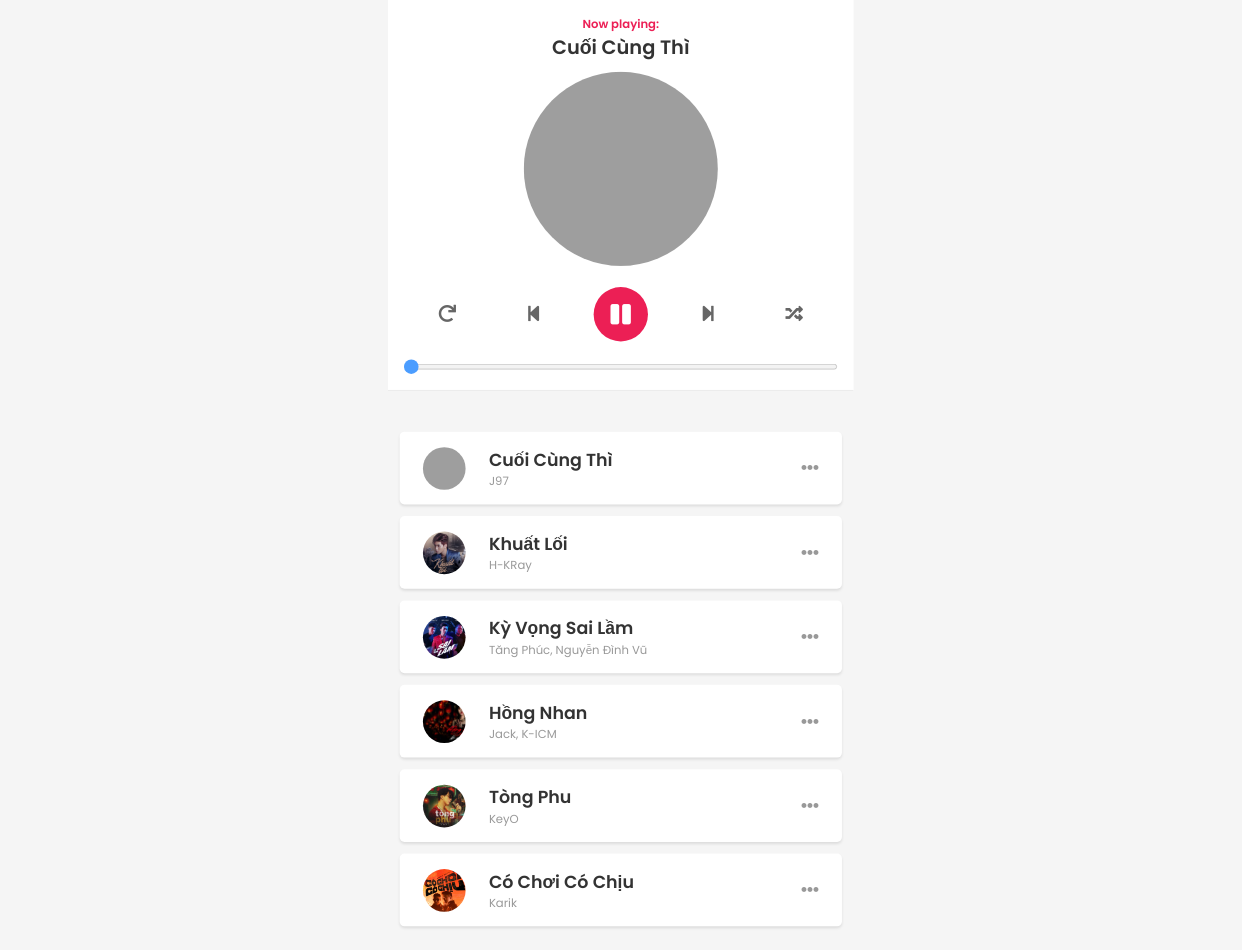
Repository: hoaphan14th/MusicPlayer
Page: index.html
The author's editor kept a copy of each file at every save. The page is drawn from the files as they stood at one save, then again after a run of saves.
The browser window is 1280 px wide. The pictures show the whole page, at 97% of full size.
Pictures or frames that could not be fetched are drawn as grey boxes.

Above is the page before, as saved 2023-03-17 12:25:38.

After the next 2 saves:
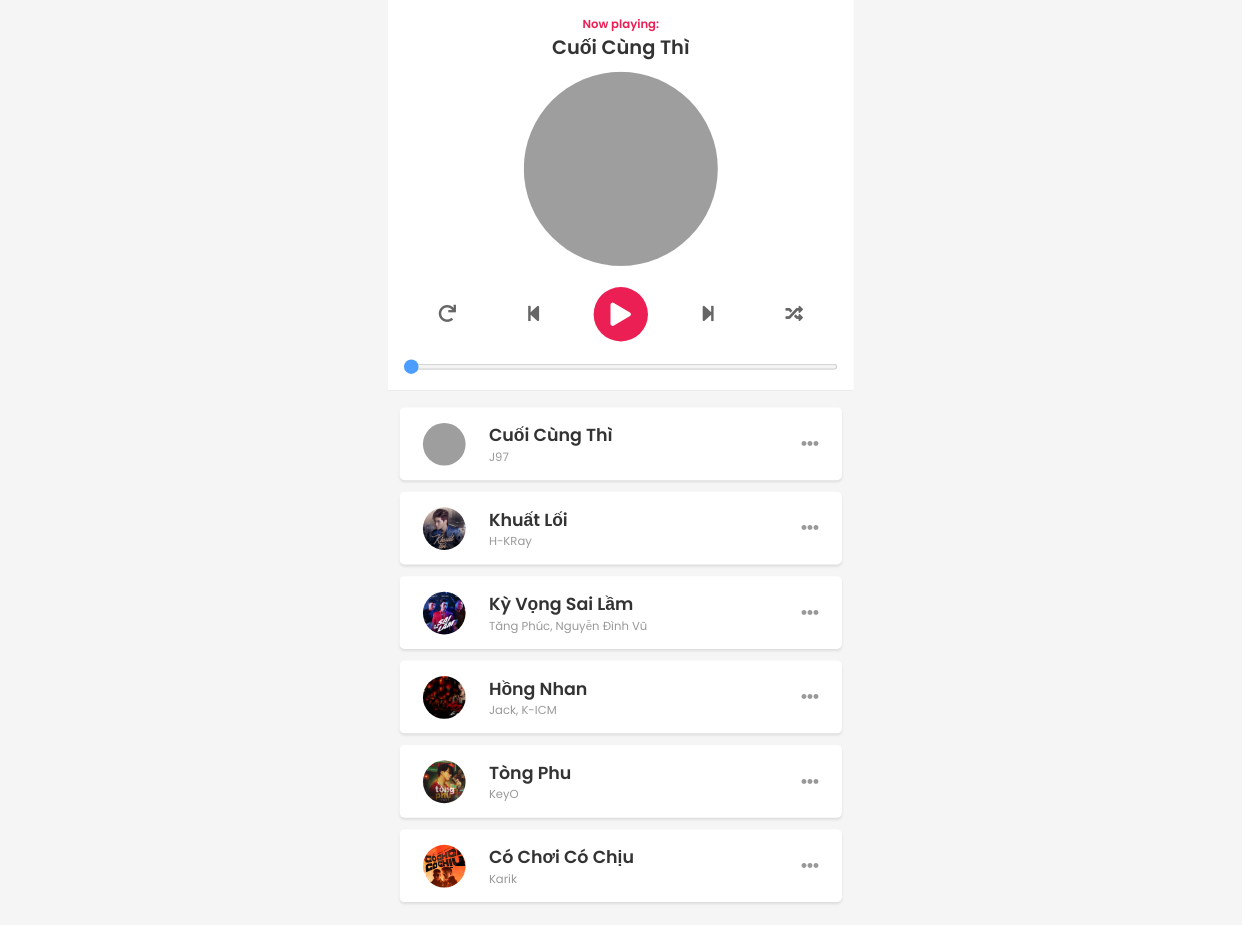
The 2 saves are shown as one change because they came seconds apart.
The last was saved 8 s later.
--- a/index.html
+++ b/index.html
@@ -13,7 +13,7 @@
 </head>
 
 <body>
-    <div class="player playing">\
+    <div class="player">
         <!-- Dashboard -->
         <div class="dashboard">
             <!-- Header -->
